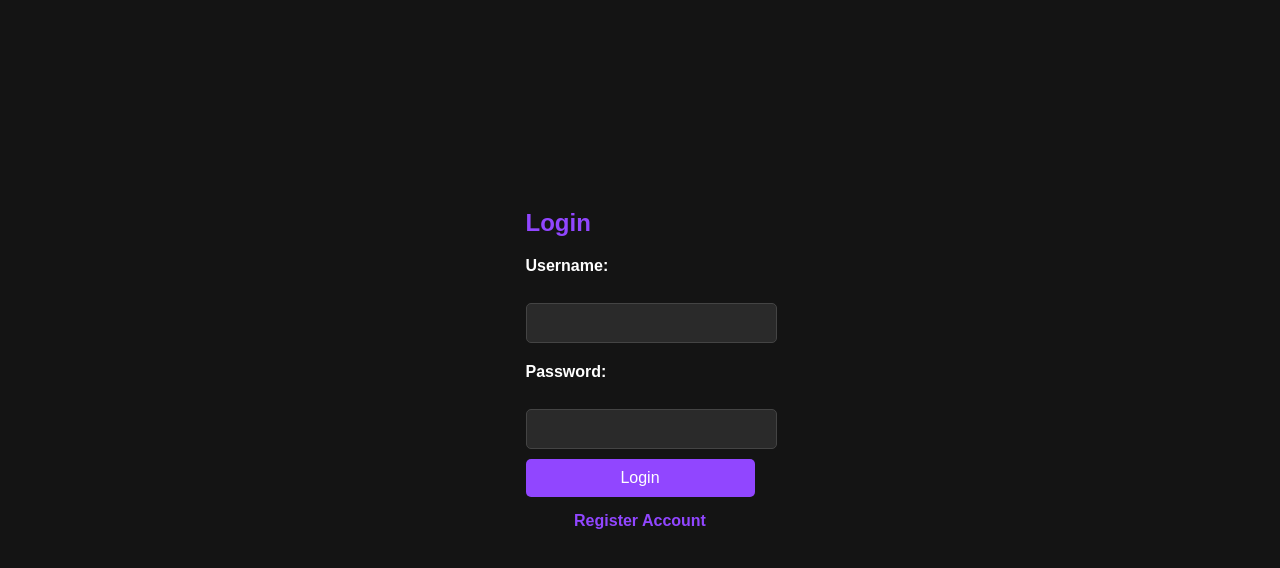
Repository: wolvicjohn/argon2
Page: http://localhost/login.php
The author's editor kept a copy of each file at every save. The page is drawn from the files as they stood at one save, then again after the next save.
The browser window is 1280 px wide. The pictures show the whole page.
The page is run by PHP 8.4 with error messages shown; the project is at /var/www/html/.

Above is the page before, as saved 2024-10-18 01:58:29.

### login.php
<?php
// Include the user authentication logic
include 'functions/authenticate_user.php';

$message = ''; // Variable to hold the login message

if ($_SERVER['REQUEST_METHOD'] === 'POST') {
    $username = $_POST['username'];
    $password = $_POST['password'];

    // Call the authenticate function
    $message = authenticateUser($username, $password);
}
?>

<!DOCTYPE html>
<html lang="en">

<head>
    <meta charset="UTF-8">
    <title>Login</title>
    <link rel="stylesheet" href="styles.css"> <!-- Link to your CSS file -->
</head>

<body>
    <div class="container">
        <div class="login-box"> <!-- Wrapped the form inside this div -->
            <h2>Login</h2>
            <form action="login.php" method="POST">
                <label for="username">Username:</label><br>
                <input type="text" name="username" id="username" required><br>

                <label for="password">Password:</label><br>
                <input type="password" name="password" id="password" required><br>

                <button type="submit">Login</button>

                <br>

                <!-- Button to go to the registration page -->
                <a href="register.php" class="button">Register Account</a>
            </form>

            <?php if ($message): ?>
                <p class="message" style="color: <?php echo strpos($message, 'Invalid') !== false ? '#e63946' : '#00b300'; ?>;">
                    <?php echo $message; ?>
                </p>
            <?php endif; ?>
        </div>
    </div>

    <script>
        // Add a class to the body when the page has loaded
        window.addEventListener('load', function () {
            document.body.classList.add('loaded');
        });
    </script>
</body>

</html>

### functions/authenticate_user.php
<?php
// authenticate_user.php
include 'connection.php'; // Include the database connection

/**
 * Authenticate a user
 *
 * @param string $username The username to authenticate
 * @param string $password The password to verify
 * @return string A message indicating the result of the authentication
 */
function authenticateUser($username, $password) {
    global $pdo; // Access the PDO instance

    // Find the user in the database
    $stmt = $pdo->prepare('SELECT id, password_hash FROM users WHERE username = ?');
    $stmt->execute([$username]);
    $user = $stmt->fetch();

    if ($user && password_verify($password, $user['password_hash'])) {
        // Password is correct, handle successful login
        return "Login successful! Welcome, " . htmlspecialchars($username);
    } else {
        // Invalid credentials
        return "Invalid username or password.";
    }
}
?>

### connection.php
<?php
// connection.php

// Database connection
$host = 'localhost';
$db = 'argon2_auth';
$user = 'root'; // Your database username
$pass = '';     // Your database password

$dsn = "mysql:host=$host;dbname=$db;charset=utf8mb4";
$options = [
    PDO::ATTR_ERRMODE => PDO::ERRMODE_EXCEPTION,
    PDO::ATTR_DEFAULT_FETCH_MODE => PDO::FETCH_ASSOC,
];

try {
    $pdo = new PDO($dsn, $user, $pass, $options);
} catch (PDOException $e) {
    die("Database connection failed: " . $e->getMessage());
}
?>

### styles.css
body {
    font-family: 'Arial', sans-serif;
    background-color: #141414; /* Dark background for contrast */
    margin: 0;
    padding: 0;
    color: #ffffff; /* White text for contrast */
}

.container {
    display: flex;
    justify-content: center;
    align-items: center;
    min-height: 100vh; /* Full viewport height */
}

.registration-box {
    background-color: #1e1e1e; /* Dark grey background for the box */
    border-radius: 10px;
    box-shadow: 0 2px 15px rgba(0, 0, 0, 0.5); /* Shadow for depth */
    padding: 30px; /* Inner padding */
    width: 100%;
    max-width: 400px; /* Max width for the box */
    text-align: center; /* Center text */
}


h2 {
    color: #9146ff; /* Twitch purple */
    margin-bottom: 20px; /* Space below heading */
}

label {
    font-weight: bold;
    margin-top: 10px;
    display: block; /* Block display for labels */
    color: #ffffff; /* White color for better contrast */
}

input {
    margin: 10px 0;
    padding: 10px;
    width: 100%;
    border: 1px solid #444; /* Darker border for input */
    border-radius: 5px;
    font-size: 16px;
    background-color: #2a2a2a; /* Darker input background */
    color: #ffffff; /* White text for inputs */
    transition: border-color 0.3s; /* Transition for border color */
}

input:focus {
    border-color: #9146ff; /* Change border color on focus */
    outline: none; /* Remove default outline */
}

button {
    padding: 10px 20px;
    cursor: pointer;
    background-color: #9146ff; /* Twitch purple */
    color: white;
    border: none;
    border-radius: 5px;
    font-size: 16px;
    width: 100%;
    transition: background-color 0.3s, transform 0.2s; /* Transition for background and scale */
}

button:hover {
    background-color: #7e3bba; /* Darker purple on hover */
    transform: translateY(-2px); /* Lift effect on hover */
}

.password-strength {
    margin-top: 10px;
    height: 10px;
    width: 100%;
    background-color: #444; /* Darker background for strength bar */
    border-radius: 5px;
    overflow: hidden;
}

.strength-bar {
    height: 100%;
    width: 0%;
    transition: width 0.3s ease-in-out;
}

.strength-weak {
    background-color: red;
}

.strength-medium {
    background-color: orange;
}

.strength-strong {
    background-color: green;
}

.message {
    margin-top: 5px;
    font-size: 14px;
    font-weight: bold;
    color: #ffffff; /* White color for messages */
}

.message.success {
    color: #00b300; /* Success message color */
}

.message.error {
    color: #e63946; /* Error message color */
}

a {
    display: block;
    margin-top: 15px;
    text-align: center;
    text-decoration: none;
    color: #9146ff; /* Twitch purple */
    font-weight: bold; /* Make links bolder */
    transition: color 0.3s; /* Transition for link color */
}

a:hover {
    text-decoration: underline;
    color: #7e3bba; /* Darker purple on hover */
}

/* Responsive adjustments */
@media (max-width: 480px) {
    .registration-box {
        padding: 20px; /* Less padding on small screens */
    }

    h2 {
        font-size: 1.5em; /* Adjust heading size for mobile */
    }

    button {
        padding: 10px; /* Adjust button size for mobile */
    }
}

After the next save:
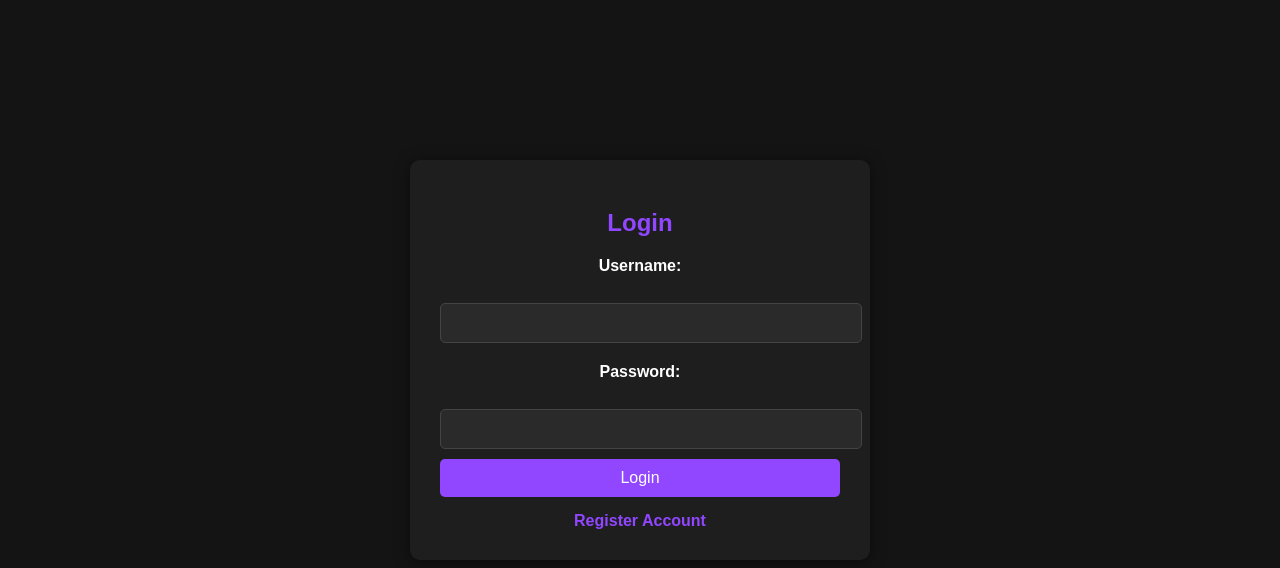
Saved 11 s later.
--- a/styles.css
+++ b/styles.css
@@ -141,3 +141,18 @@ a:hover {
         padding: 10px; /* Adjust button size for mobile */
     }
 }
+
+.login-box {
+    background-color: #1e1e1e; /* Dark grey background for the box */
+    border-radius: 10px;
+    box-shadow: 0 2px 15px rgba(0, 0, 0, 0.5); /* Shadow for depth */
+    padding: 30px; /* Inner padding */
+    width: 100%;
+    max-width: 400px; /* Max width for the box */
+    text-align: center; /* Center text */
+    transition: transform 0.2s ease; /* Animation for hover effect */
+}
+
+.login-box:hover {
+    transform: scale(1.02); /* Slightly scale up on hover */
+}
